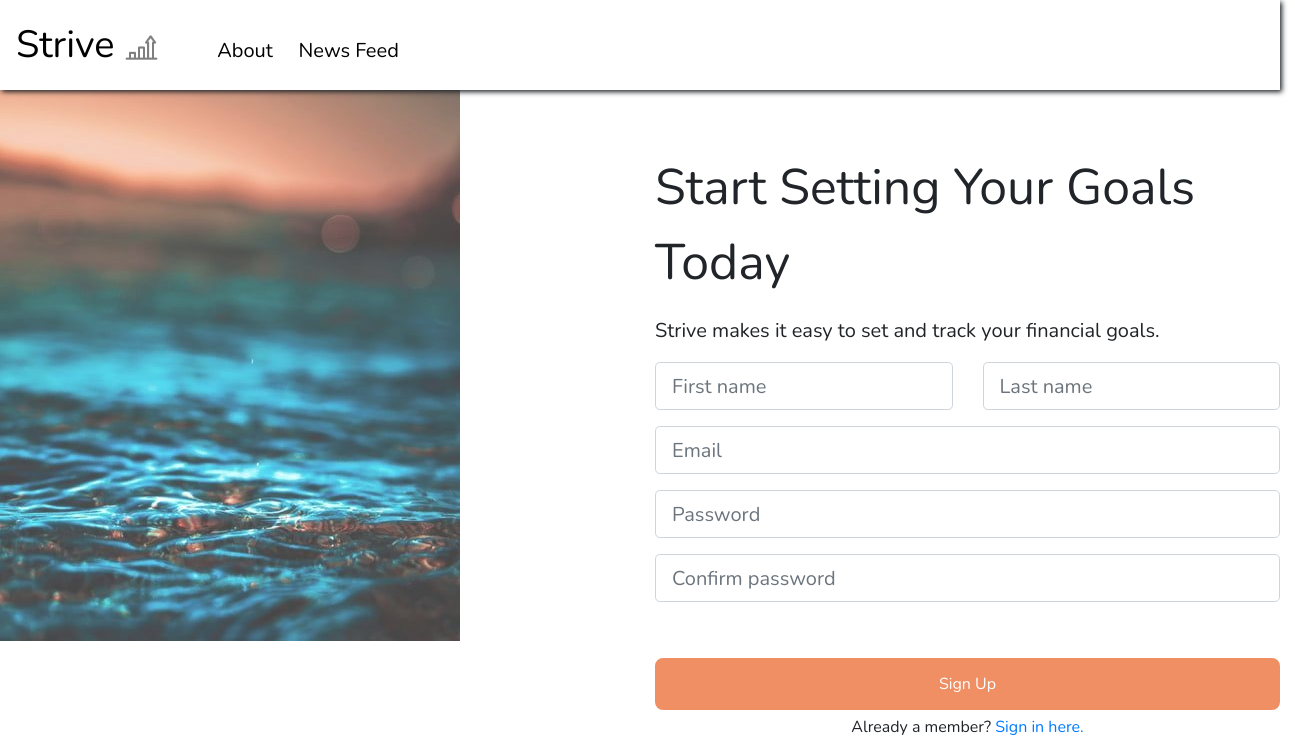
Repository: NoraOK/Strive
Page: http://localhost/strive/WEB-INF/strive/register.jsp
An editor plug-in stored every save of this project. The page is shown before and after the next save, followed by the edit.
The browser window is 1280 px wide. The page is 1295 px wide, then 1280 px, so the pictures cover 1295 px, including what lies to the right of the window. The pictures show the whole page.
The page is served by Tomcat 9. Nobody is signed in. The template is opened directly, without the code that normally fills it, so the values that code supplies are empty.

Above is the page before, as saved 2019-12-18 20:59:08.

After the next save:
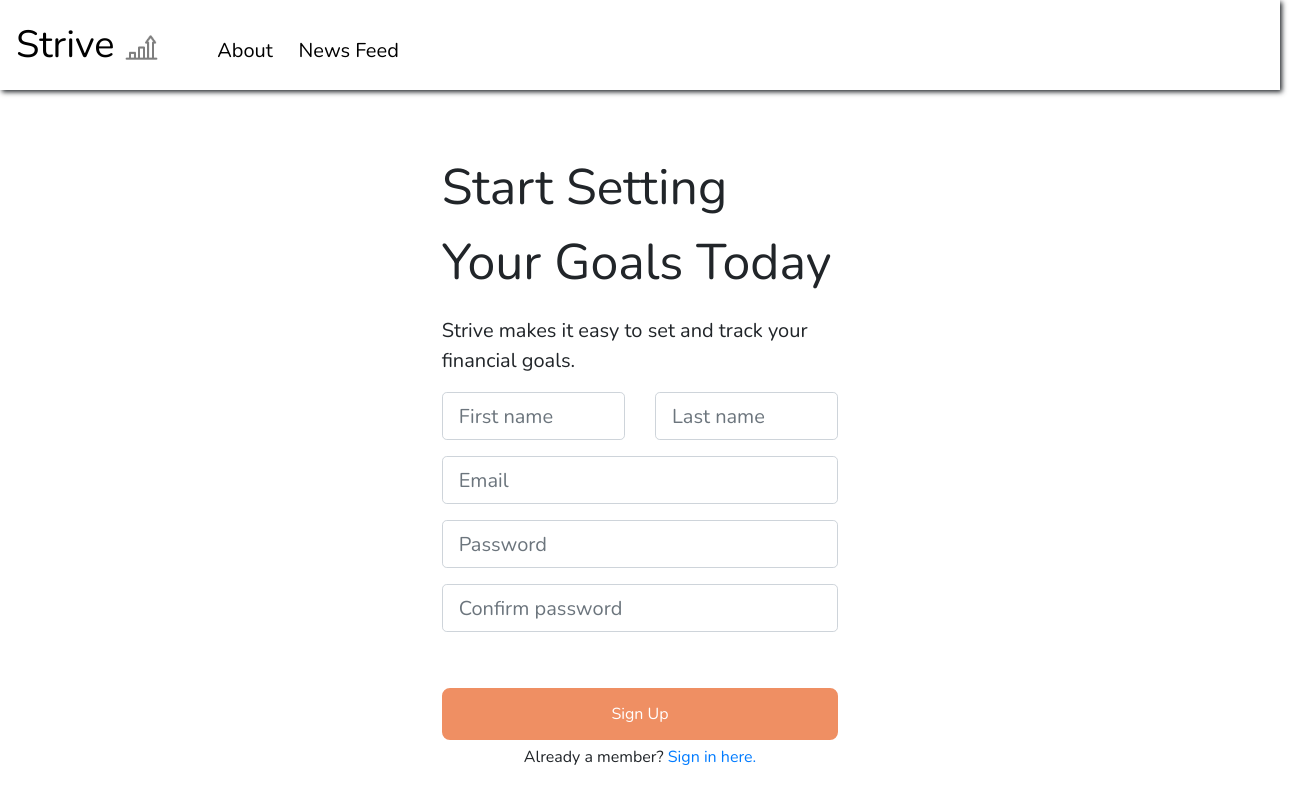
Saved 85 s later.
--- a/strive/src/main/webapp/WEB-INF/strive/register.jsp
+++ b/strive/src/main/webapp/WEB-INF/strive/register.jsp
@@ -13,11 +13,8 @@
 	<div>
 		<jsp:include page="headerNoLogout.jsp"/>
 	</div>
-	<div class="body row">
-		<div class="image col">
-			<img src="/images/water.jpg">
-		</div>
-		<div class="container col">
+	<div class="body">
+		<div class="container col-4">
 			<p class="slogan">Start Setting Your Goals Today</p>
 			<p class="about">Strive makes it easy to set and track your financial goals.</p>
 
